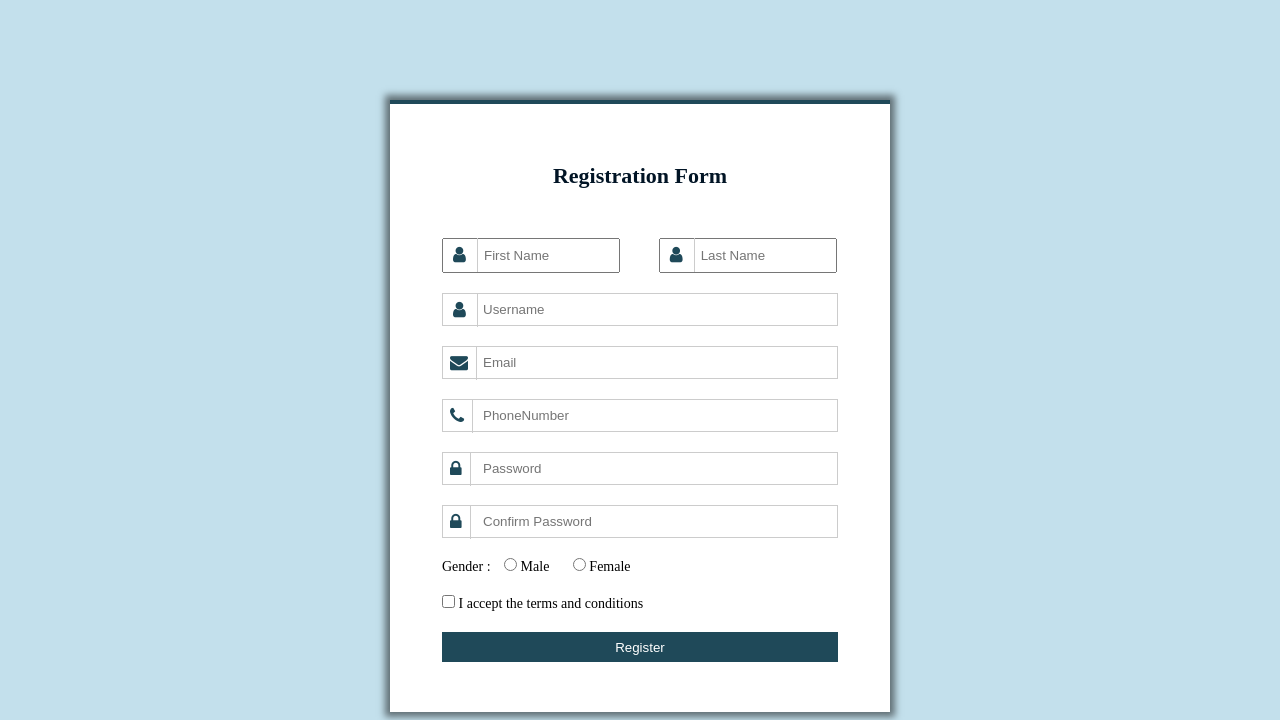
Repository: sampanna17/javabackup
Page: http://localhost/EvoX_CW/pages/register.jsp
These files come from the project's save history. The page is drawn as it stood at one moment and after the next save; the edit follows.
The browser window is 1280 px wide. The pictures show the whole page.
The page is served by Tomcat 9.

Above is the page before, as saved 2024-05-05 11:42:37.

After the next save:
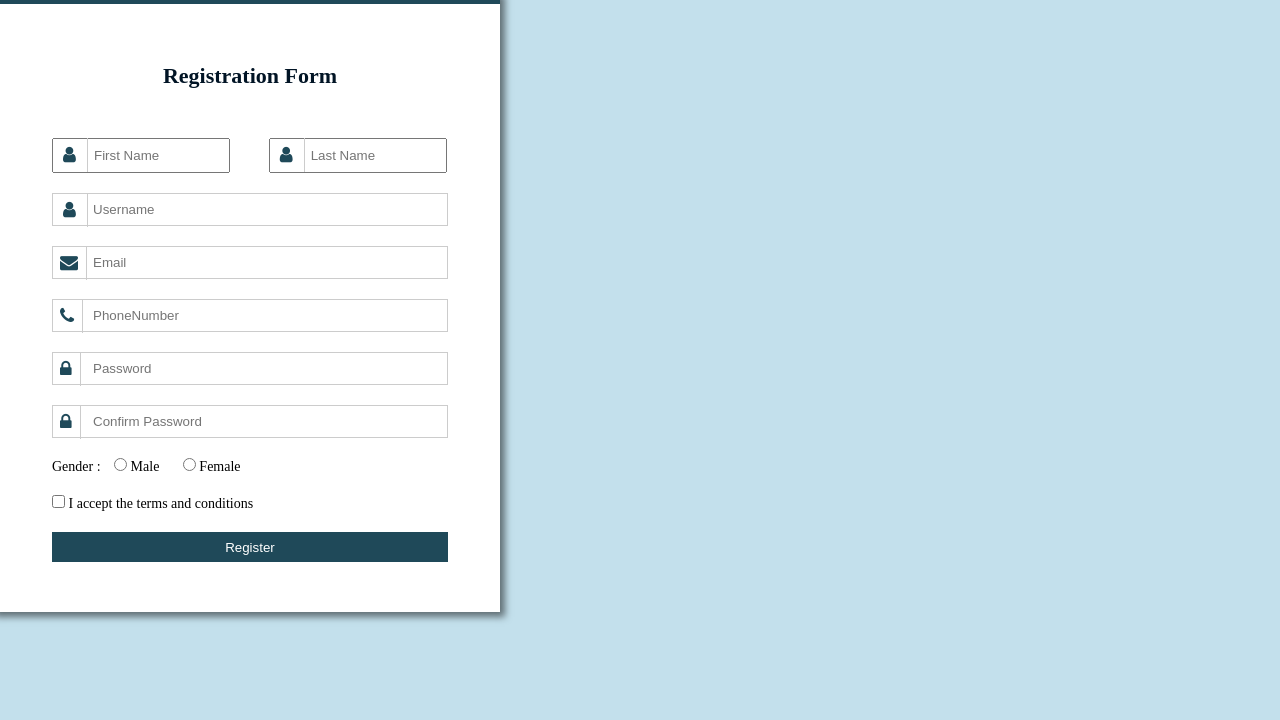
Saved 8 s later.
--- a/EvoX_CW/src/main/webapp/stylesheets/register.css
+++ b/EvoX_CW/src/main/webapp/stylesheets/register.css
@@ -14,7 +14,7 @@ body{
     background-color: white;
     width:500px;
     padding: 30px;
-    margin:100px auto 0;
+    margin: 0;
     border-top: 4px solid#1F4959;
     box-shadow: 0 0 7px 5px rgba(0, 0, 0, 0.5);
 }
